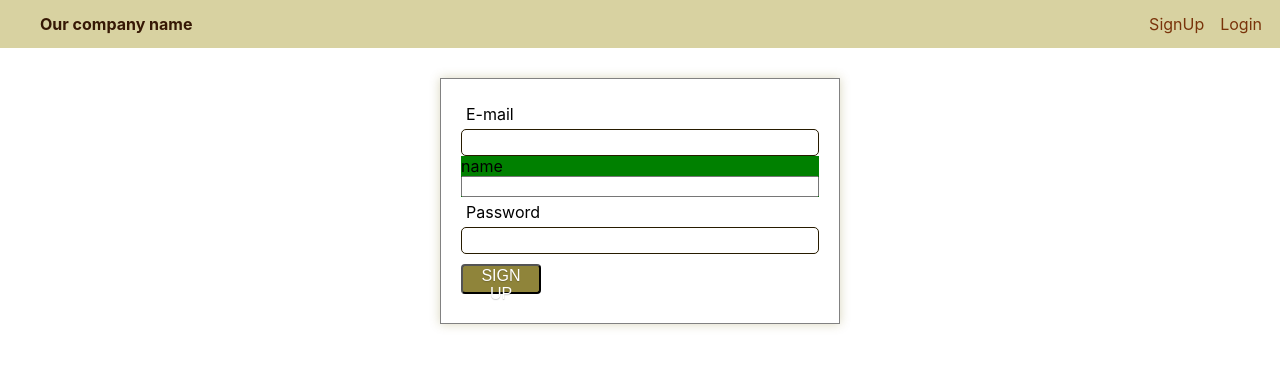
Repository: Zhabskyi/weather-aplication
Page: /sign-up
These files come from the project's save history. The page is drawn as it stood at one moment and after the next save; the edit follows.
The browser window is 1280 px wide. The pictures show the whole page.
The project was rebuilt for these pictures with package versions that can differ from the ones it lists, and the page was loaded fresh each time. Also part of the build but not shown: src/components/login/Login.css, src/components/login/loginForm/LoginForm.jsx, src/components/login/LogIn.jsx, src/containers/App.css.

Above is the page before, as saved 2018-12-22 19:49:01.

After the next save:
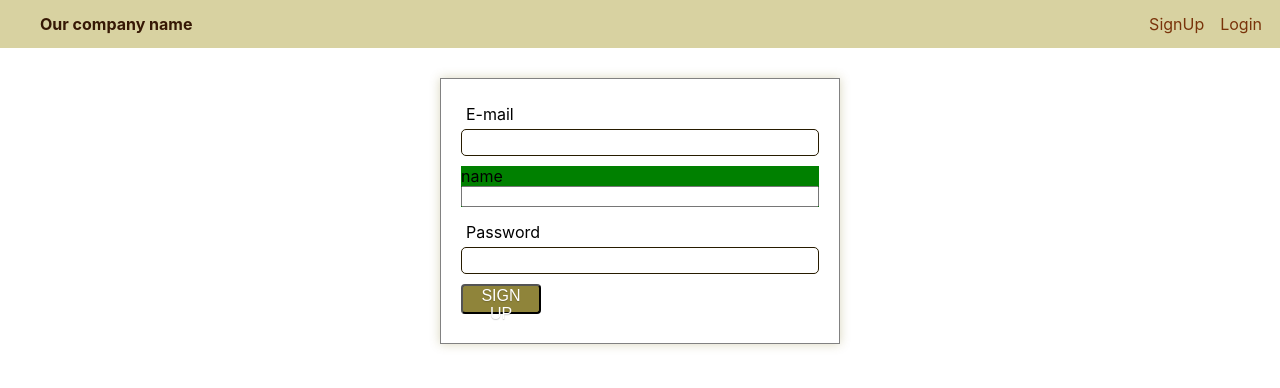
Saved 21 s later.
--- a/src/components/input/Input.css
+++ b/src/components/input/Input.css
@@ -3,6 +3,7 @@
     background: green;
     display: flex;
     flex-direction: column;
+    margin: 10px 0;
 }
 
 .input__input {
